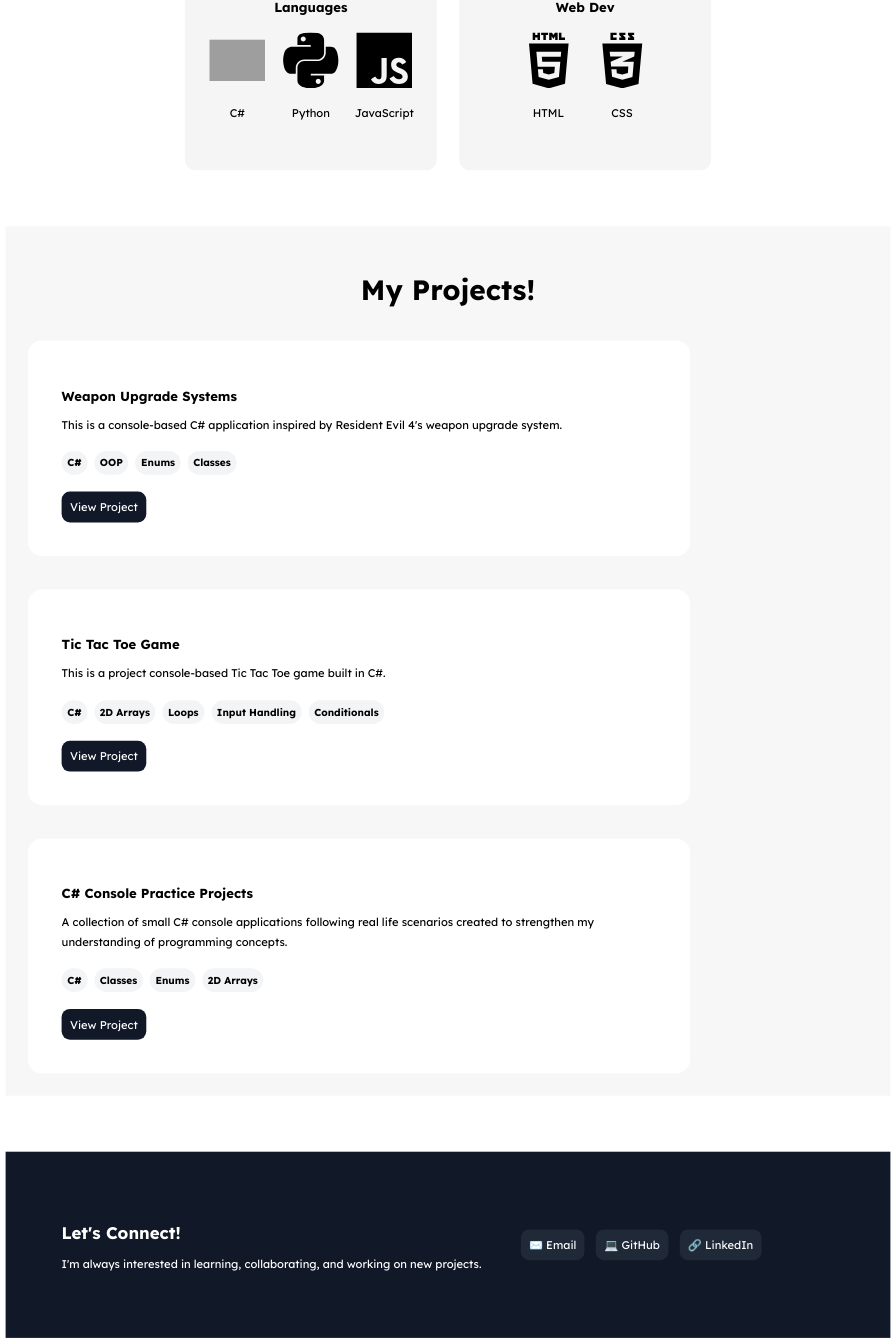
Repository: perrybalaba/perrybalaba
Page: index.html
The author's editor kept a copy of each file at every save. The page is drawn from the files as they stood at one save, then again after the next save.
The browser window is 1280 px wide. The pictures show the part of the page from y = 1335 to 3255 px (the page is 3255 px tall), at 70% of full size.
Pictures or frames that could not be fetched are drawn as grey boxes. A picture or video elsewhere on the page could not be fetched, so the positions and the page height are approximate. Some web fonts or font styles are not loaded; a fallback is used.

Above is the page before, as saved 2026-05-13 22:55:41.

### index.html
<!DOCTYPE html>
<html lang="en">
<head>
    <meta charset="UTF-8">
    <meta name="viewport" content="width=device-width, initial-scale=1.0">
    <title>Perry's Portfolio</title>
    <link rel="stylesheet" href="./styles/index.css"/>
    <link rel="stylesheet" href="./styles/globals.css"/>
</head>

<body>
    <main>
        <!-- NAVIGATION BAR -->
        <!-- 👇 TO CHANGE: href -->
        <nav class="Nav-Bar">
            <ul>
                <li><a href="./index.html"> About me </a></li>
                <li><a href="./index.html"> Projects </a></li>
            </ul>
        </nav>

        <!-- PAGE HEADER -->
        <div class="About-Me">
            <header class="Home-Header">
                <h1> Perry Balaba </h1>
            </header>

            <!-- INFORMATION ABOUT ME -->
            <div class ="Info">
                <!-- IMAGE -->
                <img class="My-Photo" src="./assets/images/portfolio-me.jpg" alt="me"/>

                <div class ="Description">
                    <h2> Hello World! 👋 </h2>
                    <p> I'm a Computer Science Student at John Abbott College
                        with a strong passion for technology, software development, and problem-solving.
                        I love turning ideas into functional applications and programs from scratch. I am naturally curious and always motivated
                        to expand my knowledge by learning new technologies, improving my coding skills, and taking on challenges outside of my comfort zone.
                        Right now, I'm diving into machine learning, object-oriented programming, and web development!
                    </p>

                    <!-- SOFT SKILLS -->
                    <div class="Soft-Skills-Container">
                        <button type="button" class="Soft-Skills" disabled> Teamwork </button>
                        <button type="button" class="Soft-Skills" disabled> Resilient </button>
                        <button type="button" class="Soft-Skills" disabled> Problem Solver </button>
                        <button type="button" class="Soft-Skills" disabled> Organized </button>
                    </div>
                </div>
            </div>
        </div>

        <!-- SKILLS -->
        <div class="Skills">
            <h2> Technologies I'm Familiar With! </h2>
            <div class="Skills-Container">

                <div class="Skill-Card">
                    <h3> Languages </h3>

                    <div class="Skill-Icons">
                        <div class="Skill">
                            <img src="./assets/images/csharp-svgrepo-com.svg" alt="c# logo"/>
                            <p> C# </p>
                         </div>

                        <div class="Skill">
                            <img src="./assets/images/python-svgrepo-com.svg" alt="python logo"/>
                            <p> Python </p>
                        </div>

                        <div class="Skill">
                            <img src="./assets/images/js01-svgrepo-com.svg" alt="javascript logo"/>
                            <p> JavaScript</p>
                        </div>
                    </div>
                </div>

                <div class="Skill-Card">
                    <h3> Web Dev </h3>

                    <div class="Skill-Icons">
                        <div class="Skill">
                            <img src="./assets/images/html5-01-svgrepo-com.svg" alt="html logo"/>
                            <p> HTML </p>
                        </div>

                        <div class="Skill">
                            <img src="./assets/images/css3-01-svgrepo-com.svg" alt="css logo"/>
                            <p> CSS </p>
                        </div>
                    </div>
                </div>
            </div>
        </div>

        <!-- PROJECTS -->
        <div class="Projects">
            <h2> My Projects!</h2>

            <div class="Projects-Container">
                <!-- PROJECT ONE -->
                <div class="Project-Card">
                    <div class="Project-Info">
                        <h3>Weapon Upgrade Systems</h3>
                        <p>
                            This is a console-based C# application inspired by Resident Evil 4's
                            weapon upgrade system.
                        </p>
                        <div class="Project-Tech">
                            <span> C# </span>
                            <span> OOP </span>
                            <span> Enums </span>
                            <span> Classes </span>
                        </div>
                        <a href=""> View Project </a>
                    </div>
                </div>

                <!-- PROJECT TWO -->
                <div class="Project-Card">
                    <div class="Project-Info">
                        <h3>Tic Tac Toe Game</h3>
                        <p>
                            This is a project console-based Tic Tac Toe game built in C#.
                        </p>
                        <div class="Project-Tech">
                            <span> C# </span>
                            <span> 2D Arrays </span>
                            <span> Loops </span>
                            <span> Input Handling </span>
                            <span> Conditionals </span>
                        </div>
                        <a href=""> View Project </a>
                    </div>
                </div>

                <!-- PROJECT THREE -->
                <div class="Project-Card">
                    <div class="Project-Info">
                        <h3> C# Console Practice Projects</h3>
                        <p>
                            A collection of small C# console applications following real life scenarios
                            created to strengthen my understanding of programming concepts.
                        </p>
                        <div class="Project-Tech">
                            <span> C# </span>
                            <span> Classes </span>
                            <span> Enums </span>
                            <span> 2D Arrays </span>
                        </div>
                        <a href=""> View Project </a>
                    </div>
                </div>
            </div>
        </div>

        <!-- CONTACT -->
        <div class="Contact">
            <div class="Contact-Container">
                <div class="Contact-Text">
                    <h2> Let's Connect! </h2>
                    <p>
                        I'm always interested in learning, collaborating, and working on new projects.
                    </p>
                </div>

                <div class="Contact-Links">
                    <a href="mailto:balabaperry@gmail.com"> ✉️ Email</a>
                    <a href="https://github.com/perrybalaba"> 💻 GitHub </a>
                    <a href="https://www.linkedin.com/in/ann-karen-balaba-46b839387/"> 🔗 LinkedIn</a>
                </div>
            </div>
        </div>
    </main>
</body>
</html>

### styles/index.css
/* NAVIGATION BAR */
.Nav-Bar {
    padding: 1rem;
    border-bottom: 3px solid lightgray;
}

nav ul {
    list-style: none;
    display: flex;
    justify-content: center;
    flex-wrap: wrap;
    gap: 2rem;
    padding: 0;
}

nav ul li a {
    display: block;
    text-align: center;
    padding: .75rem 1rem;
    text-decoration: none;
    color: #374151;
    font-weight: bold;
    padding: 10px;
    border-radius: 10px;
    font-size: 1rem;
    transition: 0.2s;
}

nav ul li a:hover {
    transform: scale(1.08);
    background-color: #f3f4f6;
    color: black;
}

/* HEADER */
.Home-Header {
    font-size: 3rem;
    text-align: center;
}

/* ABOUT ME */
.Info h2 {
    font-size: 2.5rem;
    text-align: center;
}

.Info {
    display: flex;
    flex-direction: column;
    align-items: center;
}

.Info p {
    max-width: 500px;
    line-height: 1.6;

}

.Info img {
    width: 100%;
    max-width: 350px;
    height: auto;
    border-radius: 55px;
    display: block;
    margin: 0;
}

/* SOFT SKILLS */
.Soft-Skills-Container {
    display: flex;
    justify-content: center;
    align-items: center;
    gap: 12px;
    flex-wrap: wrap;
    margin-top: 1.5rem;
}

.Soft-Skills {
    background-color: #f3f4f6;
    color: #333;
    border: none;
    padding: 10px;
    border-radius: 1000px;
    font-size: 0.95rem;
    font-weight: 600;
    transition: all 0.2s ease;
}

.Soft-Skills:hover {
    transform: translateY(-5px);
    background-color: #4b5563;
    color: white;
}

/* SKILLS */
.Skills-Container {
    display: flex;
    justify-content: center;
    gap: 2rem;
    flex-wrap: wrap;
    margin-top: 1.5rem;
}

.Skill-Card {
    background-color: #f5f5f5;
    padding: 2.5rem;
    border-radius: 15px;
    width: 220px;
    transition: transform 0.2s ease;
}

.Skill-Card:hover {
    transform: translateY(-7px);
}

.Skill-Icons {
    display: flex;
    justify-content: center;
    gap: 15px;
    margin-top: 1rem;
}

.Skill-Icons img {
    width: 60px;
    height: 60px;
    object-fit: contain;
    padding: 5px;
    transition: transform 0.2s ease;
}

.Skill-Icons img:hover {
    transform: scale(1.2);
}

.Skill {
    text-align: center;
}

.Skills {
    margin-top: 4rem;
    text-align: center;
}

.Skills p {
    font-size: 1rem;
    margin-bottom: 2rem;
}

/* PROJECTS */
.Projects {
    background-color: #f7f7f8;
    padding: 2rem;
    margin-top: 5rem;
}

.Projects h2 {
    text-align: center;
    font-size: 2.5rem;
    margin-bottom: 3rem;
}

.Projects-Container {
    display: flex;
    flex-direction: column;
    gap: 2rem;
    max-width: 1000px;
    margin: 0;
}

.Project-Card {
    background-color: white;
    border-radius: 20px;
    padding: 2rem;
    transition: 0.3s ease;
}

.Project-Card:hover {
    transform: translateY(-7px);
}

.Project-Info h3 {
    margin-bottom: 1rem;
}

.Project-Info p {
    line-height: 1.7;
    margin-bottom: 1.5rem;
}

.Project-Tech {
    display: flex;
    gap: 10px;
    flex-wrap: wrap;
    margin-bottom: 1.5rem;
}

.Project-Tech span {
    background-color: #f3f4f6;
    padding: 8px;
    border-radius: 1000px;
    font-size: 0.9rem;
    font-weight: bold;
}

.Project-Info a {
    text-decoration: none;
    background-color: #111827;
    color: white;
    padding: 12px;
    border-radius: 12px;
    display: inline-block;
    transition: 0.2 ease;
}

.Project-Info a:hover {
    background-color: #374151;
}

/* CONTACT */
.Contact {
    background-color: #111827;
    color: white;
    padding: 5rem;
    margin-top: 5rem;
}

.Contact-Container {
    display: flex;
    justify-content: space-between;
    align-items: center;
    max-width: 1000px;
    margin: 0;
    flex-wrap: wrap;
    gap: 2rem;
}

.Contact-Links {
    display: flex;
    gap: 1rem;
    flex-wrap: wrap;
}

.Contact-Links a {
    text-decoration: none;
    background-color: #1F2937;
    color: white;
    padding: 12px;
    border-radius: 12px;
    transition: 0.2s ease;
}

.Contact-Links a:hover {
    background-color: #374151;
    transform: scale(1.03);
}

### styles/globals.css
/* FONTS */
@font-face {
    font-family: "NotoSans";
    src: url(../assets/fonts/Noto_Sans/NotoSans-VariableFont_wdth\,wght.ttf);
}

@font-face {
    font-family: "Lexend";
    src: url(../assets/fonts/Lexend_Deca\,Noto_Sans/Lexend_Deca/LexendDeca-VariableFont_wght.ttf);
}

.Home-Header {
    font-family: "NotoSans";
}

.Nav-Bar {
    font-family: "Lexend";
}

main {
    font-family: "Lexend";
}

/* TABLET DESIGN */
@media (min-width: 768px) {
    /* NAVIGATION BAR */
    nav ul li a {
        font-size: 1.3rem;
    }

    /* HEADER */
    .Home-Header {
        font-size: 2.2rem;
    }

    /* ABOUT ME */
    .Info {
        flex-direction: row;
        justify-content: center;
        align-items: center;
        gap: 2rem;
        padding: 2rem;
    }

    .Description {
        width: 60%;
        max-width: 600px;
    }

    .Info img {
        max-width: 300px;
        width: 40%;
    }

    /* SKILLS */
    .Skill-Card {
        width: 260px;
    }

    .Skill-Icons img {
        width: 50px;
        height: 50px;
    }
}

/* DESKTOP */
@media (min-width: 1024px) {

    /* NAVIGATION */
    nav ul {
        gap: 4rem;
    }

    nav ul li a {
        font-size: 1.5rem;
    }

    /* ABOUT ME */
    .Info {
        gap: 5rem;
        padding: 4rem;
        justify-content: center;
        flex-direction: row;
        align-items: center;
    }

    .Description {
        max-width: 650px;
        font-size: 1.2rem;
        display: flex;
        flex-direction: column;
        align-items: center;
        justify-content: center;
        gap: 1rem;
    }

    .Info img {
        max-width: 500px;
    }

    .Home-Header {
        font-size: 4rem;
    }

    /* SKILLS */
    .Skill-Container {
        gap: 3rem;
    }

    .Skill-Card {
        width: 280px;
    }

    .Skill-Icons img {
        width: 80px;
        height: 80px;
    }

    /* SKILLS */
    .Projects-Container {
        gap: 3rem;
    }

    .Project-Card {
        max-width: 850px;
        margin: 0;
        padding: 3rem;
    }
}

After the next save:
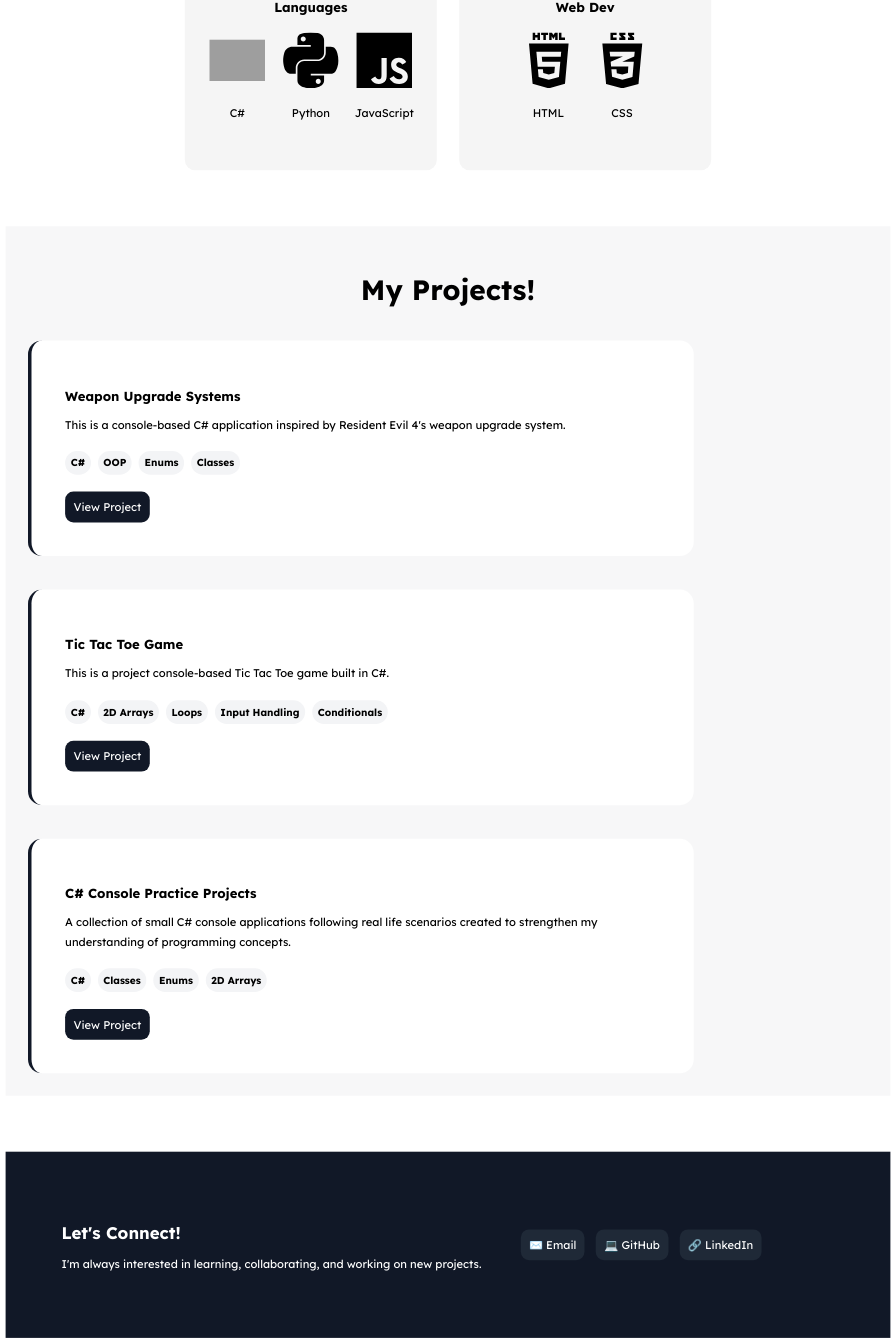
Saved 53 s later.
--- a/styles/index.css
+++ b/styles/index.css
@@ -172,6 +172,7 @@ nav ul li a:hover {
     border-radius: 20px;
     padding: 2rem;
     transition: 0.3s ease;
+    border-left: 5px solid #111827;
 }
 
 .Project-Card:hover {
